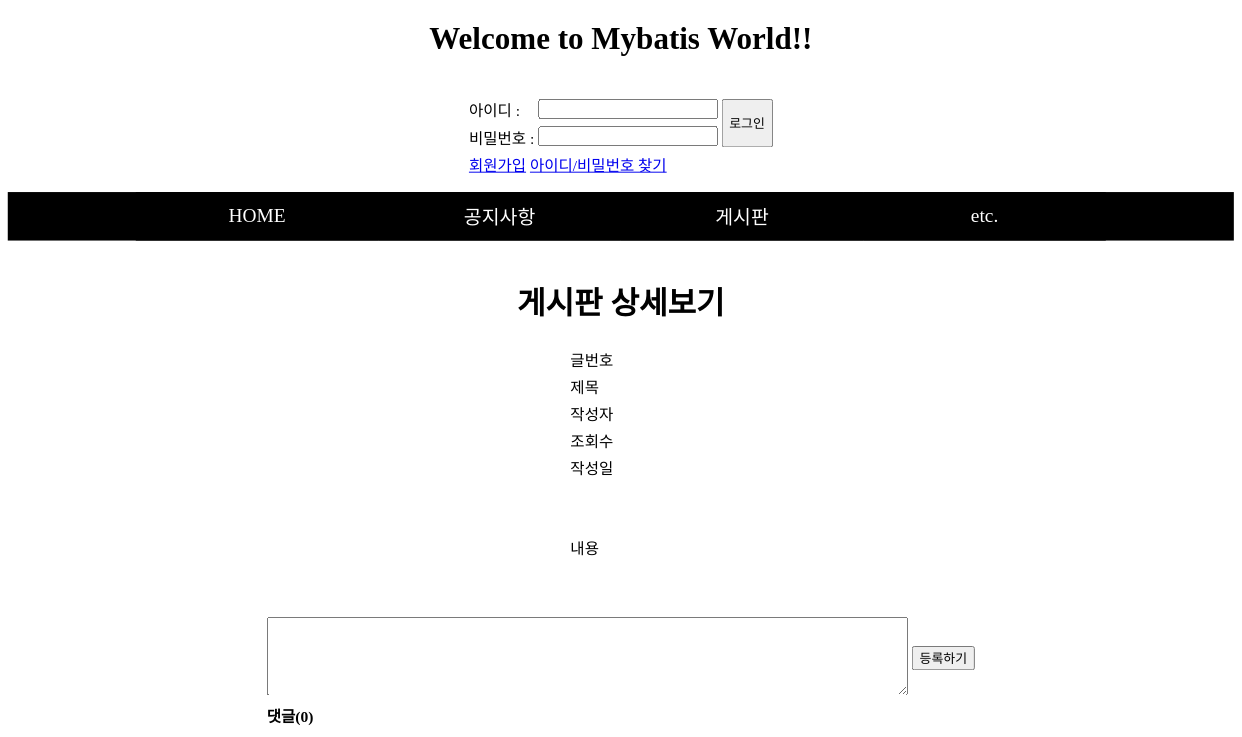
Repository: WOOOOOOOONG/KH_Framework
Page: http://localhost/mybatisProject/views/board/boardDetail.jsp
The author's editor kept a copy of each file at every save. The page is drawn from the files as they stood at one save, then again after the next save.
The browser window is 1280 px wide. The pictures show the whole page, at 97% of full size.
The page is served by Tomcat 9. The template is opened directly, without the code that normally fills it, so the values that code supplies are empty.

Above is the page before, as saved 2020-01-07 10:19:27.

After the next save:
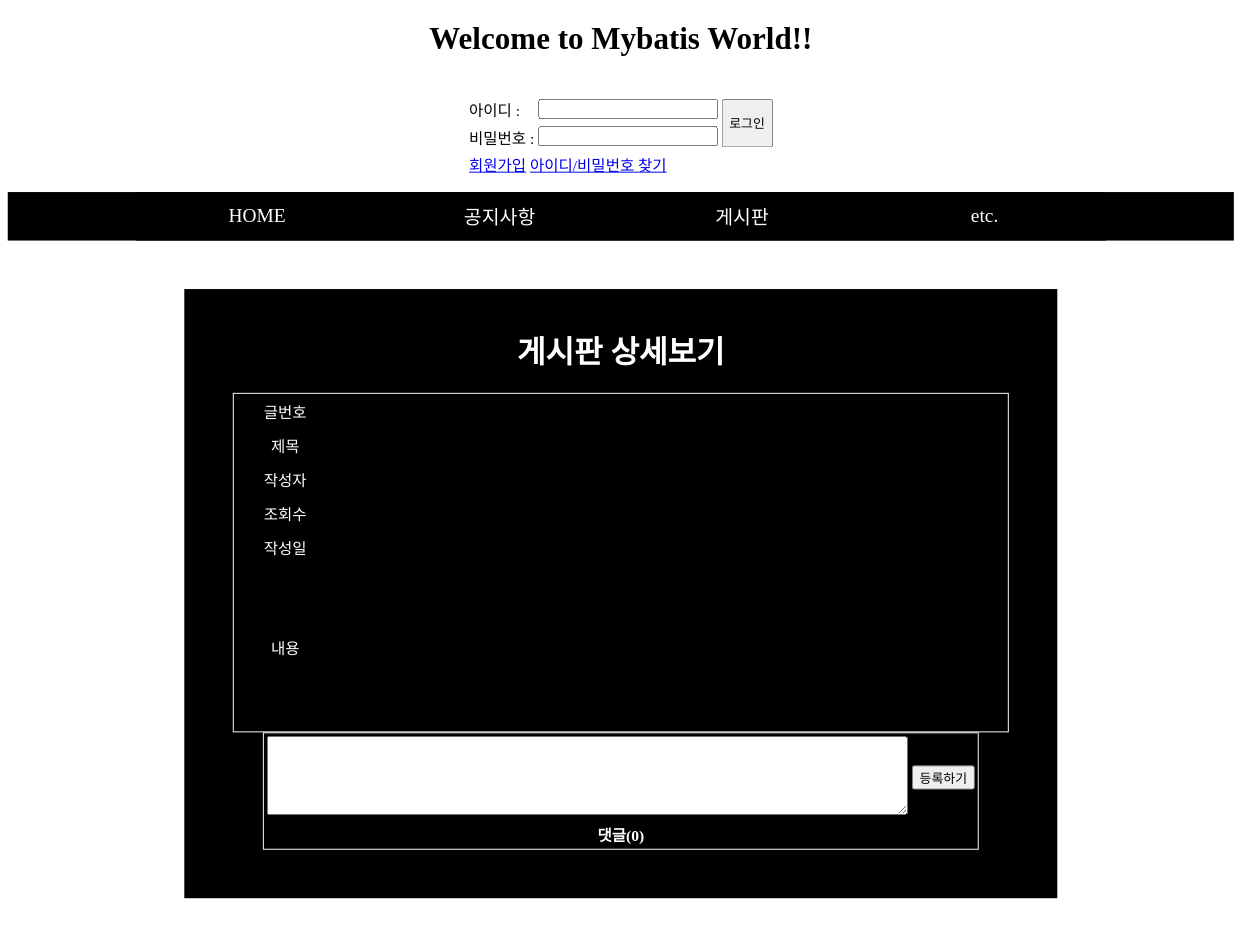
Saved 51 s later.
--- a/1_MyBatis/mybatisProject/webapp/views/board/boardDetail.jsp
+++ b/1_MyBatis/mybatisProject/webapp/views/board/boardDetail.jsp
@@ -7,6 +7,29 @@
 <head>
 <meta charset="UTF-8">
 <title>MYBATIS PAGE</title>
+<style>
+	.outer {
+		width: 900px;
+		height: auto;
+		background: black;
+		color: white;
+		margin: auto;
+		margin-top: 50px;
+		margin-bottom: 50px;
+		padding-bottom: 50px;
+	}
+
+	.outer table {
+		border: 1px solid white;
+		text-align: center;
+	}
+
+	.tableArea {
+		width: 800px;
+		height: 350px;
+		margin: auto;
+	}
+</style>
 </head>
 <body>
 	<jsp:include page="../common/menubar.jsp"/>
